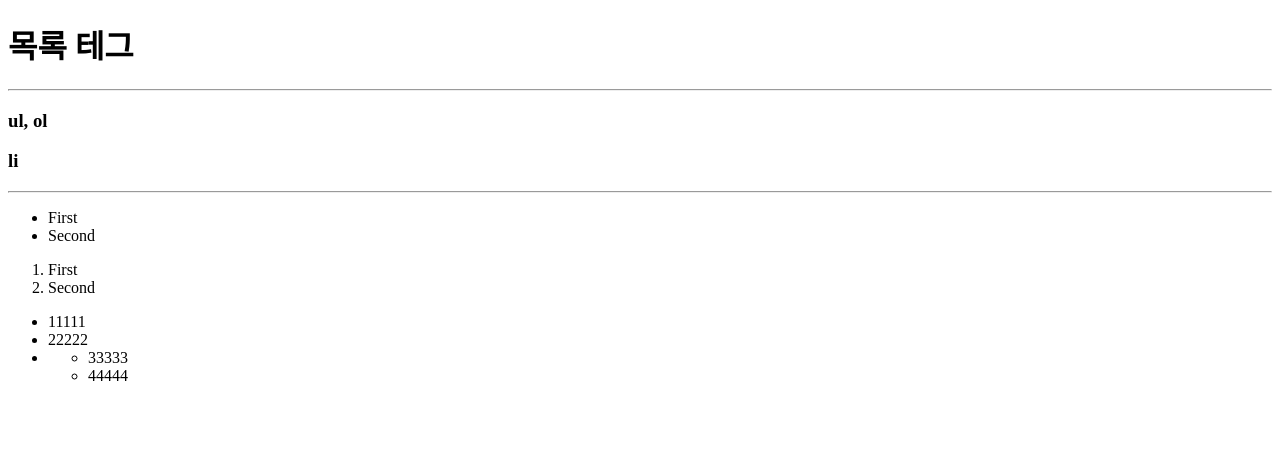
Repository: jihoonys82/weblec
Page: Front/WebContent/Ex01_HTML_tag/tagEx_03.html
These files come from the project's save history. The page is drawn as it stood at one moment and after the next save; the edit follows.
The browser window is 1280 px wide. The pictures show the whole page.

Above is the page before, as saved 2018-07-23 10:27:39.

### Front/WebContent/Ex01_HTML_tag/tagEx_03.html
<!DOCTYPE html>
<html>
<head>
	<meta charset="UTF-8">
	<title>Insert title here</title>
</head>
<body>
	<div>
		<h1>목록 테그</h1>
		<hr>
		<h3>ul, ol</h3>
		<h3>li</h3>
		<hr>

		<ul> <!-- Unordered List -->
			<li>First</li> <!-- list item -->
			<li>Second</li>
		</ul>

		<ol> <!-- Ordered List  -->
			<li>First</li> <!-- list item -->
			<li>Second</li>
		</ol>

		<ul> <!-- Unordered List -->
			<li>11111</li> <!-- list item -->
			<li>22222</li>
			<li>
				<ul>
					<li>33333</li>
					<li>44444</li>
				</ul>
			</li>
		</ul>


	</div>
</body>
</html>

After the next save:
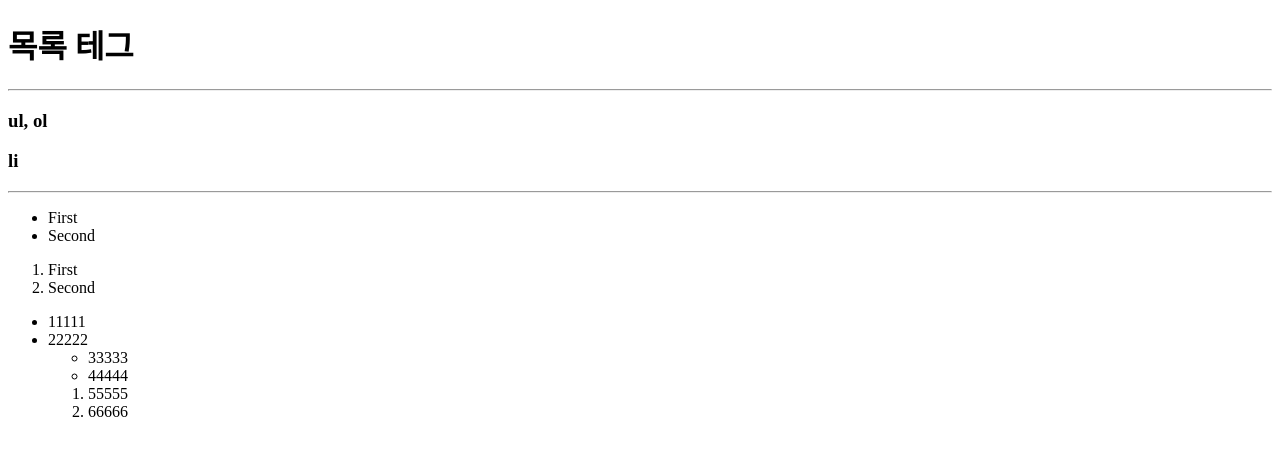
Saved 100 s later.
--- a/Front/WebContent/Ex01_HTML_tag/tagEx_03.html
+++ b/Front/WebContent/Ex01_HTML_tag/tagEx_03.html
@@ -22,15 +22,19 @@
 			<li>Second</li>
 		</ol>
 
-		<ul> <!-- Unordered List -->
-			<li>11111</li> <!-- list item -->
+		<ul>
+			<li>11111</li>
 			<li>22222</li>
-			<li>
+<!-- 			<li> -->
 				<ul>
 					<li>33333</li>
 					<li>44444</li>
 				</ul>
-			</li>
+<!-- 			</li> -->
+				<ol>
+					<li>55555</li>
+					<li>66666</li>
+				</ol>
 		</ul>
 
 
